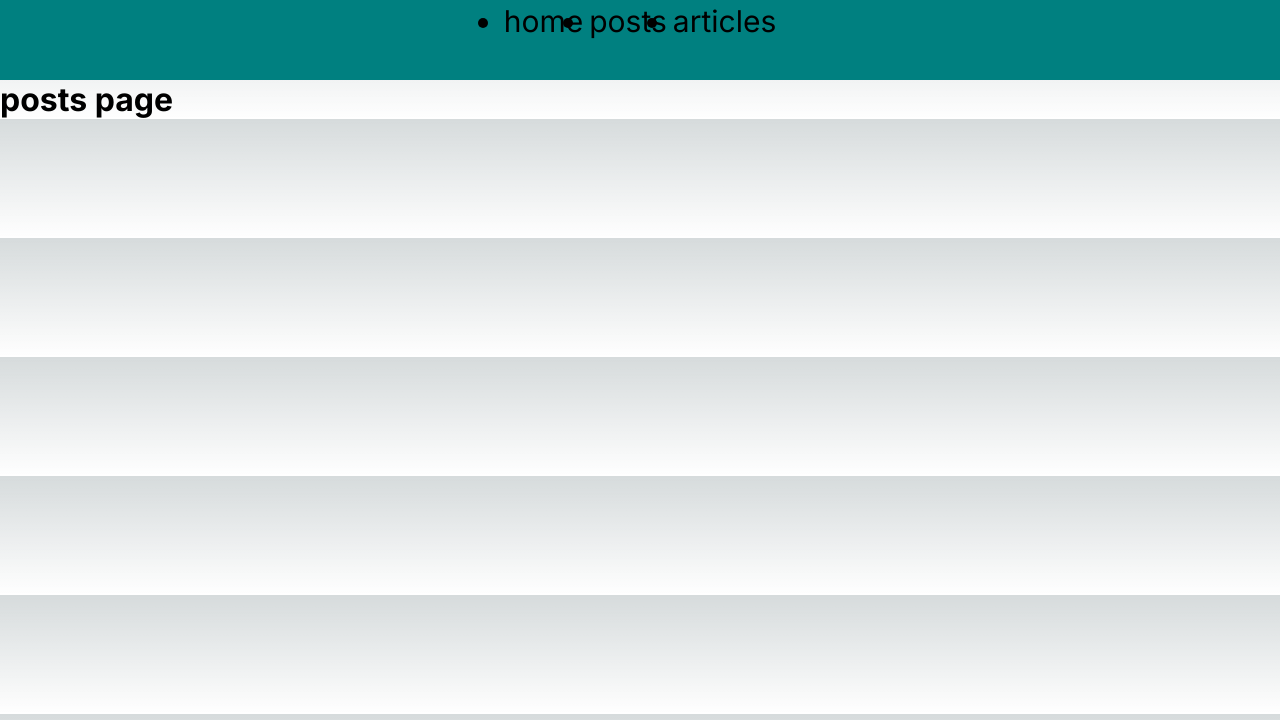
Repository: abdulrahmanmahmood/The-first-Next-js-app
Page: /posts
An editor plug-in stored every save of this project. The page is shown before and after the next save, followed by the edit.
The browser window is 1280 px wide. The pictures show the whole page.
The project was rebuilt for these pictures with package versions that can differ from the ones it lists, and the page was loaded fresh each time. The framework's server and built-in components were replaced by stand-ins that run in the browser. Also part of the build but not shown: next.config.js.

Above is the page before, as saved 2023-10-29 23:25:45.

### app/layout.js
import { Inter } from "next/font/google";
import "./globals.css";
import Link from "next/link";

const inter = Inter({ subsets: ["latin"] });

export const metadata = {
  title: "Create Next App",
  description: "Generated by create next app",
};

export default function RootLayout({ children }) {
  return (
    <html lang="en">
      <body className={inter.className}>
        <nav
          style={{
            width: "100%",
            background: "teal",
            fontSize: "30px",
            height: "80px",
            display: "flex",
            // flexDirection:"row",
            justifyContent:"center",
            alignItems:"center"
          }}
        >
          <ul            style={{
            // width: "100%",
            background: "teal",
            fontSize: "30px",
            height: "80px",
            display: "flex",
            // flexDirection:"row",
            justifyContent:"space-around",
            // alignItems:"center"
          }}>
                        <li style={{margin:"3px"}}>
              <Link href="/home">home</Link>
            </li>
            <li style={{margin:"3px"}}>
              <Link href="/posts">posts</Link>
            </li>
            <li style={{margin:"3px"}}>
              <Link href="/articles">articles</Link>
            </li>
          </ul>
        </nav>
        {children}
      </body>
    </html>
  );
}

### app/posts/page.js

function page() {
  return (
    <div>
      <h1>posts page</h1>
    </div>
  )
}

export default page

Loaded but not shown: app/globals.css (common file)

After the next save:
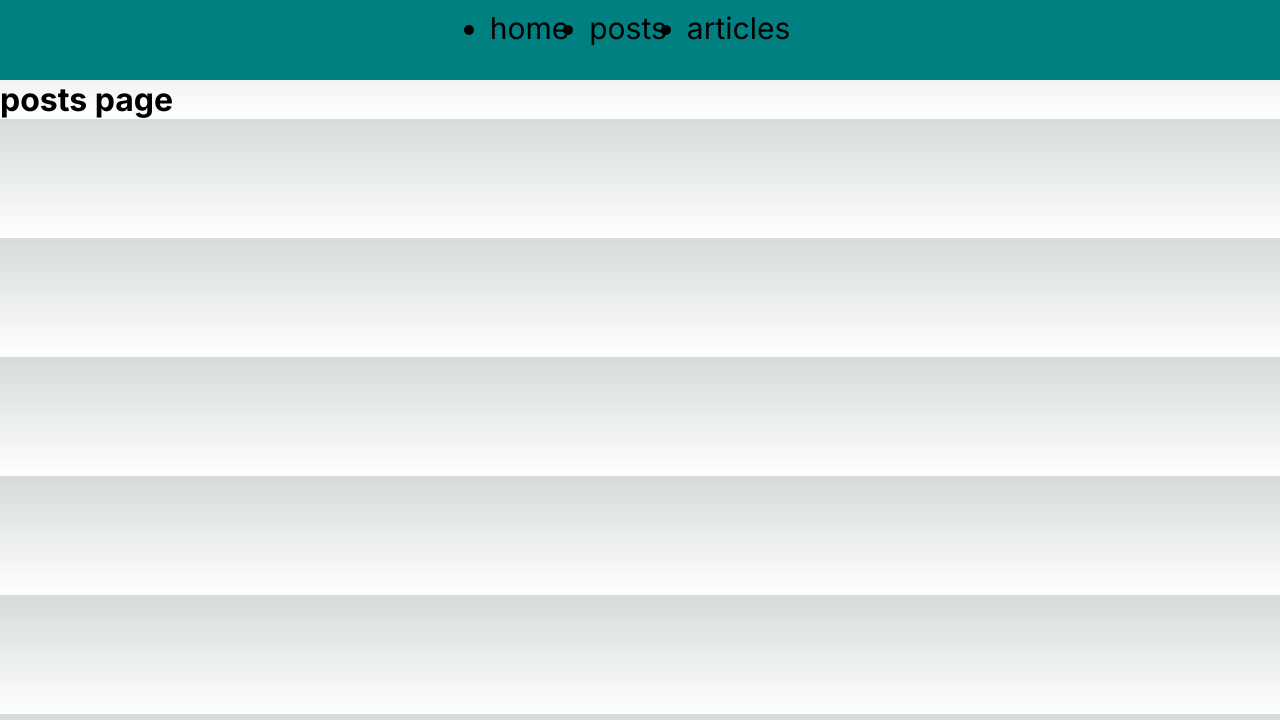
Saved 6 s later.
--- a/app/layout.js
+++ b/app/layout.js
@@ -35,13 +35,13 @@ export default function RootLayout({ children }) {
             justifyContent:"space-around",
             // alignItems:"center"
           }}>
-                        <li style={{margin:"3px"}}>
+                        <li style={{margin:"10px"}}>
               <Link href="/home">home</Link>
             </li>
-            <li style={{margin:"3px"}}>
+            <li style={{margin:"10px"}}>
               <Link href="/posts">posts</Link>
             </li>
-            <li style={{margin:"3px"}}>
+            <li style={{margin:"10px"}}>
               <Link href="/articles">articles</Link>
             </li>
           </ul>
